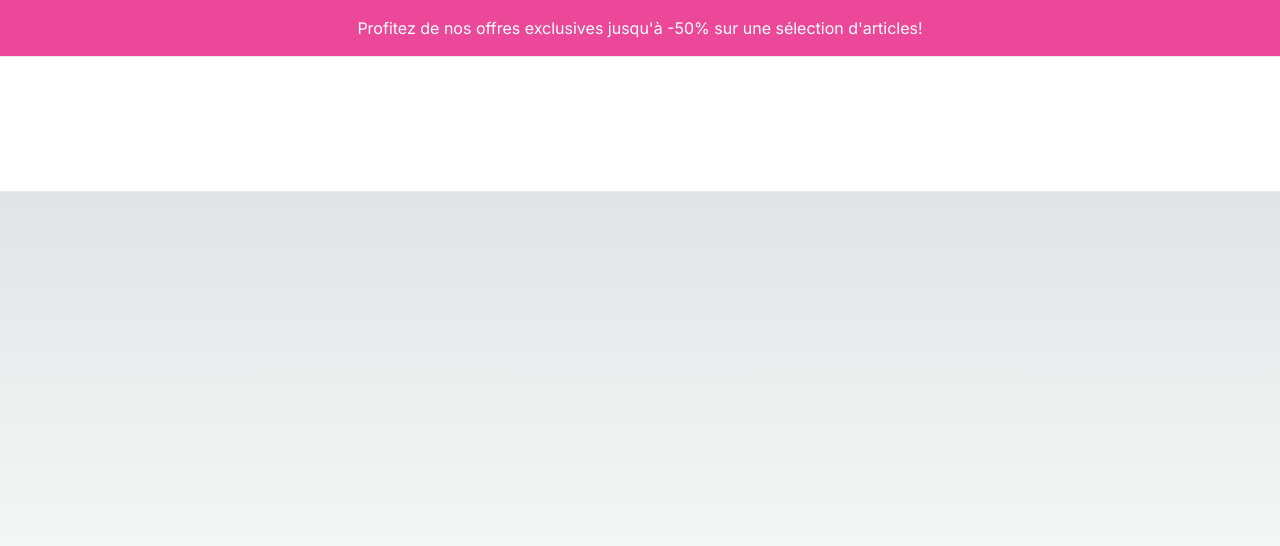
Repository: SDlevelUp/e-shop
Page: /
The author's editor kept a copy of each file at every save. The page is drawn from the files as they stood at one save, then again after a run of saves.
The browser window is 1280 px wide. The pictures show the whole page.
The project was rebuilt for these pictures with package versions that can differ from the ones it lists, and the page was loaded fresh each time. The framework's server and built-in components were replaced by stand-ins that run in the browser. Also part of the build but not shown: next.config.js.

Above is the page before, as saved 2023-08-29 09:07:28.

After the next 2 saves:
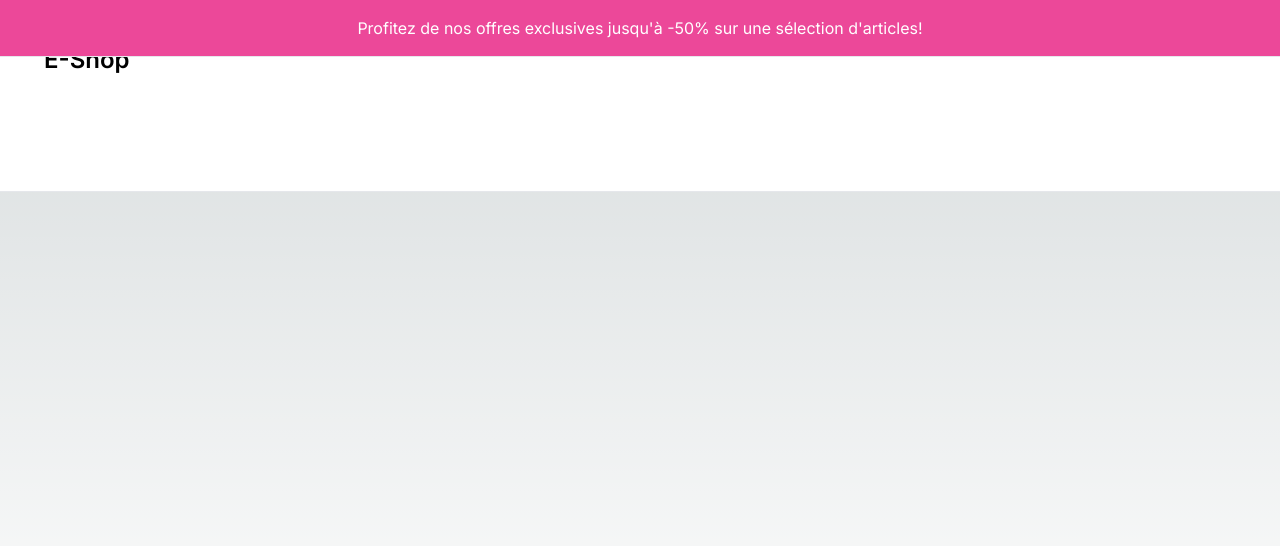
The 2 saves are shown as one change because they came seconds apart.
The last was saved 83 s later.
--- a/src/components/Navbar/Navbar.jsx
+++ b/src/components/Navbar/Navbar.jsx
@@ -17,7 +17,7 @@
 
                 <nav className="max-w-screen-xl flex items-center justify-between mx-auto p-4">
                     <div className="flex items-center cursor-pointer">
-                        <span className="self-center text-2xl font-semibold whitespace-nowrap">
+                        <span className="self-center text-2xl font-semibold whitespace-nowrap p-7">
                             E-Shop
                         </span>
                     </div>

After the save that followed:
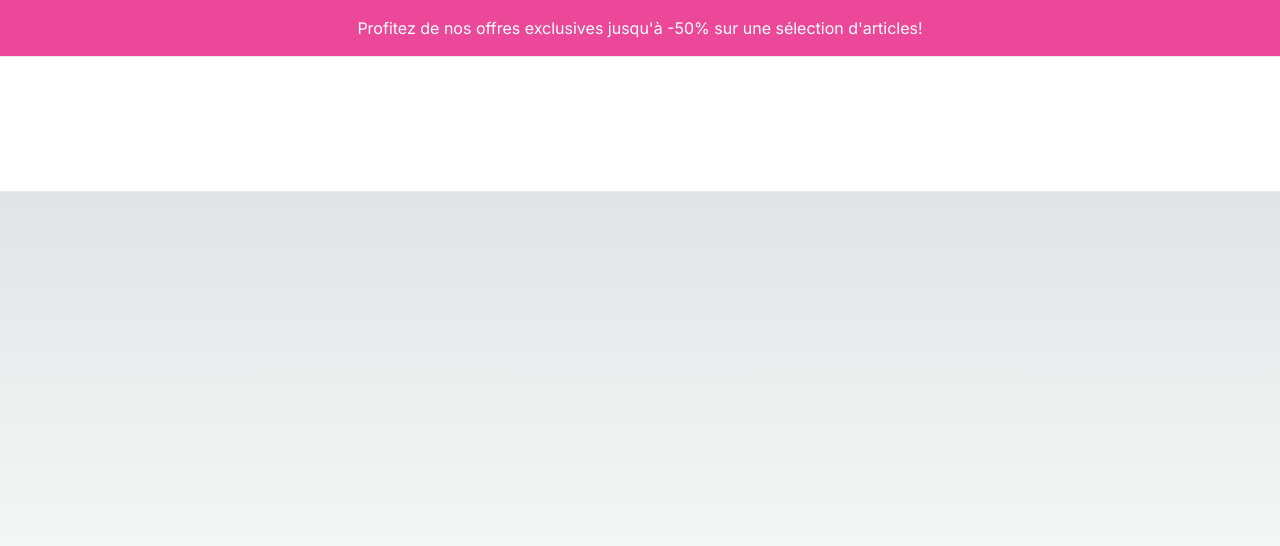
Saved 7 s later.
--- a/src/components/Navbar/Navbar.jsx
+++ b/src/components/Navbar/Navbar.jsx
@@ -17,7 +17,7 @@
 
                 <nav className="max-w-screen-xl flex items-center justify-between mx-auto p-4">
                     <div className="flex items-center cursor-pointer">
-                        <span className="self-center text-2xl font-semibold whitespace-nowrap p-7">
+                        <span className="self-center text-2xl font-semibold whitespace-nowrap p-18">
                             E-Shop
                         </span>
                     </div>
